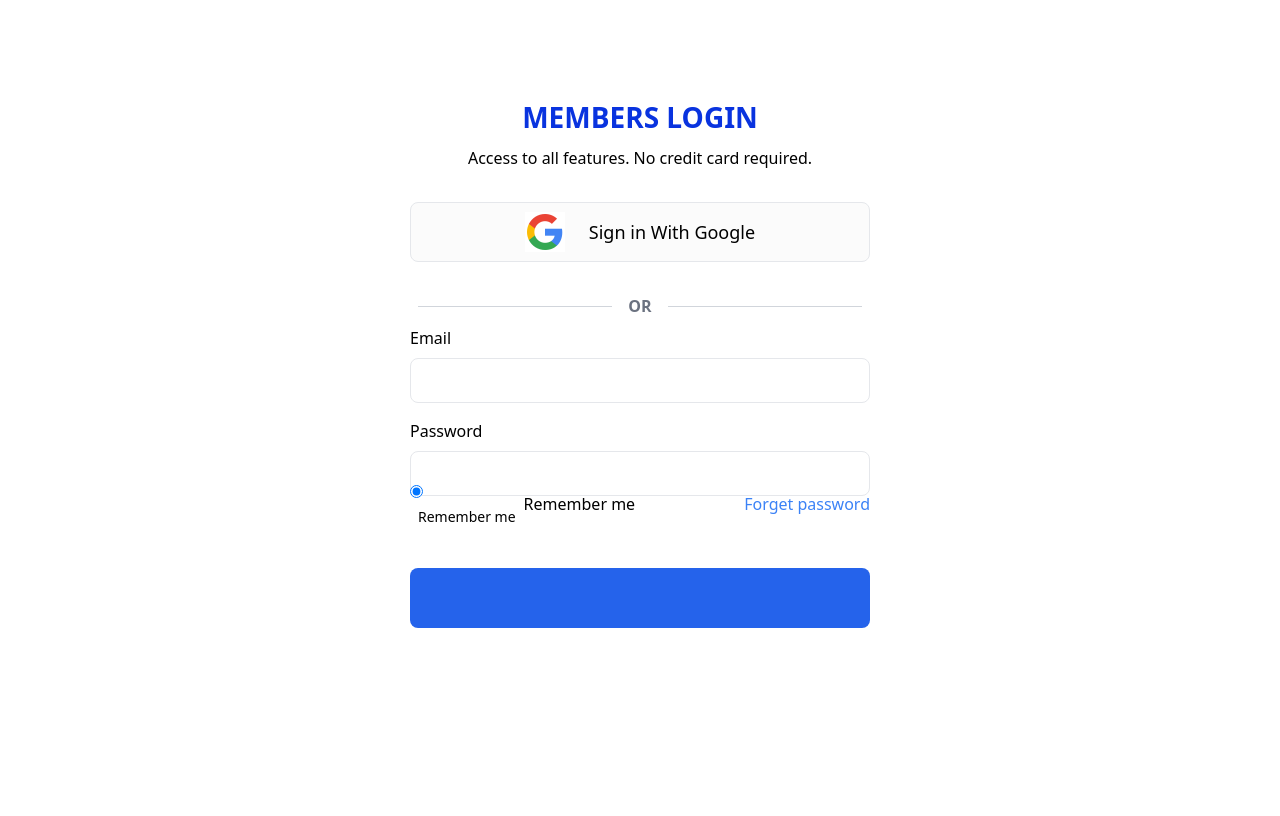
Repository: MaramMaryam/login
Page: login.html
An editor plug-in stored every save of this project. The page is shown before and after a run of saves, followed by the edit.
The browser window is 1280 px wide. The pictures show the whole page.
Some web libraries are served in a nearby version.

Above is the page before, as saved 2023-06-29 11:54:37.

After the next 2 saves:
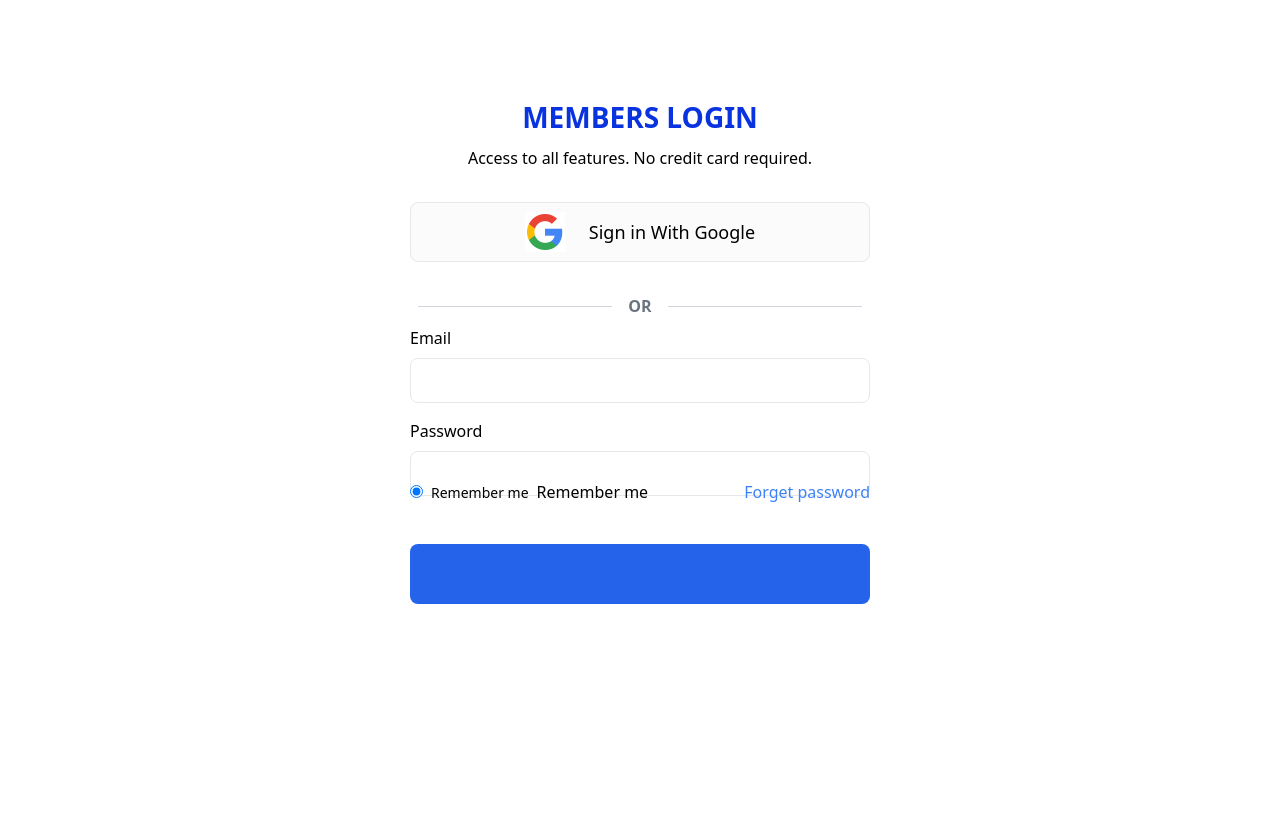
The 2 saves are shown as one change because they came seconds apart.
The last was saved 8 s later.
--- a/login.html
+++ b/login.html
@@ -61,7 +61,7 @@
             </div>
             <div class="flex items-center justify-between my-2">
                 <label class="flex items-center cursor-pointer">
-                    <div className={`flex items-center`}>
+                    <div class="flex items-center">
                         <div
                             onClick={onClick}
                             className={`cursor-pointer outline-none w-[24px] h-[24px] border border-alto-main p-[2px] ${
